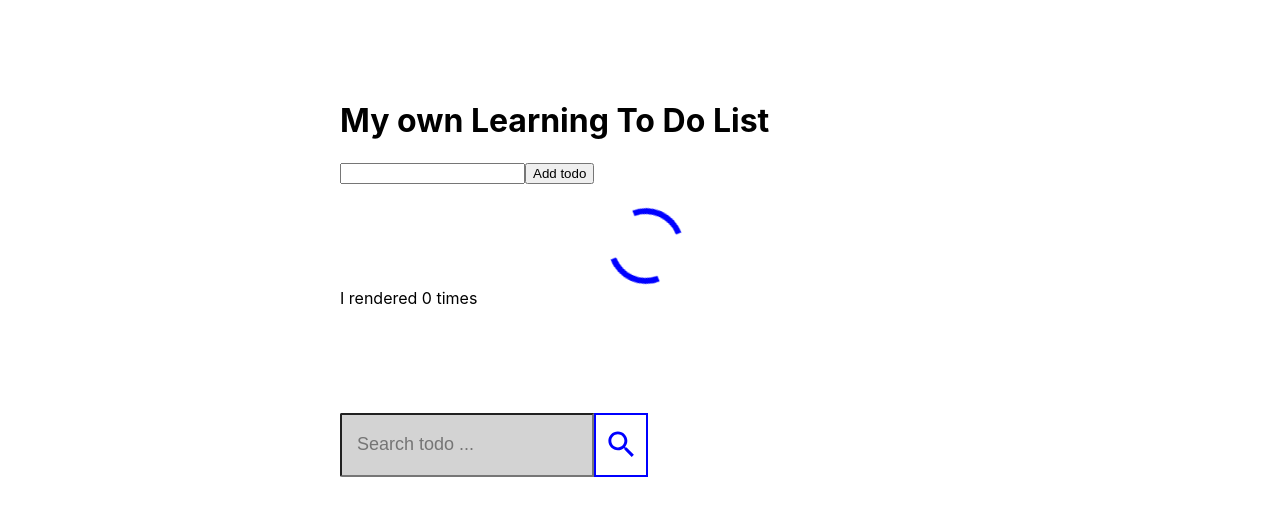
Repository: ArusyakAghajanyan/To-Do
Page: /
The author's editor kept a copy of each file at every save. The page is drawn from the files as they stood at one save, then again after the next save.
The browser window is 1280 px wide. The pictures show the whole page.
The page's requests for data from a server got no answer. The project was rebuilt for these pictures with package versions that can differ from the ones it lists, and the page was loaded fresh each time. No one was signed in, and anything a server would have sent is missing. Also part of the build but not shown: src/Todo/TodoItem.js, src/Todo/TodoList.js.

Above is the page before, as saved 2022-03-11 02:15:53.

### src/index.css
body {
  margin: 0;
  font-family: -apple-system, BlinkMacSystemFont, 'Segoe UI', 'Roboto', 'Oxygen',
    'Ubuntu', 'Cantarell', 'Fira Sans', 'Droid Sans', 'Helvetica Neue',
    sans-serif;
  -webkit-font-smoothing: antialiased;
  -moz-osx-font-smoothing: grayscale;
}

code {
  font-family: source-code-pro, Menlo, Monaco, Consolas, 'Courier New',
    monospace;
}
.wrapper {
  padding-top: 5rem;
  margin: 0 auto;
  width: 600px;
}
.rm {
  background: red;
  border-radius: 50%;
  color:#fff;
  border: none;
}

.done {
  text-decoration: line-through;
}

.lds-dual-ring {
  display: inline-block;
  width: 80px;
  height: 80px;
}

.lds-dual-ring:after {
  content: " ";
  display: block;
  width: 64px;
  height: 64px;
  margin: 8px;
  border-radius: 50%;
  border: 6px solid blue;
  border-color: blue transparent blue transparent;
  animation: lds-dual-ring 1.2s linear infinite;
}
@keyframes lds-dual-ring {
  0% {
    transform: rotate(0deg);
  }
  100% {
    transform: rotate(360deg);
  }
}

### src/App.js
import React, { useEffect, useRef } from 'react'
import TodoList from './Todo/TodoList'
import Context from './context'
import Loader from './Loader'
import SearchBar from './Search/SearchBar'

const AddTodo = React.lazy(
  () =>
  new Promise(resolve => {
    setTimeout(() => {
      resolve(import('./Todo/AddTodo'))
    }, 3000)
  })
  )

function App() {
  const [todos, setTodos] = React.useState([])
    // { id: 1, completed: false, title: 'Learn HTML, CSS'},
    // { id: 2, completed: true, title: 'Learn Js'},
    // { id: 3, completed: false, title: 'Learn React'},
    // { id: 4, completed: false, title: 'Learn Java'}
  const [loading, setLoading] = React.useState(true)
  const renderCount = useRef(0)

  useEffect(() => {
    renderCount.current = renderCount.current + 1
  })


useEffect(() => {
  fetch('https://jsonplaceholder.typicode.com/todos?_limit=5')
    .then(response => response.json())
    .then(todos => {
      setTimeout(() => {
        setTodos(todos)
        setLoading(false)
      }, 2000)
    })
}, [])

  function toggleTodo(id){
    setTodos(
    todos.map(todo => {
    if (todo.id === id) {
      todo.completed = !todo.completed
    }
    return todo
    })
    )
  }

  function removeTodo(id){
   setTodos(todos.filter(todo => todo.id !== id))
  }

  function addTodo(title) {
    setTodos(todos.concat([{
      title,
      id: Date.now(),
      completed: false
    }]))
  }
  return (
    <Context.Provider value={{ removeTodo }}>
    <div className='wrapper'>
      <h1>My own Learning To Do List</h1>
      <React.Suspense fallback={<p>Loading...</p>}>

      <AddTodo onCreate={addTodo} />
      </React.Suspense>
      {loading && <Loader />}
      {todos.length ? (
      <TodoList todos={todos} onToggle={toggleTodo} />
      ) : loading ? null : (
        <p>No todos!</p>
       )}
       <div> I rendered {renderCount.current} times </div>
       <div >
      <SearchBar placeholder="Search todo ..." data={todos} />
    </div>

    </div>
    </Context.Provider>

  )
}

export default App

// className="App"

### src/Loader.js
import React from 'react'

export default () => <div style={{display: 'flex', justifyContent: 'center', margin: '.5rem' }}>
    <div className="lds-dual-ring" /></div>

### src/Search/SearchBar.js
import React, { useState } from "react";
import "./SearchBar.css";
import SearchIcon from '@mui/icons-material/Search';
import CloseIcon from '@mui/icons-material/Close';

function SearchBar({ placeholder, data }) {
  const [filteredData, setFilteredData] = useState([]);
  const [wordEntered, setWordEntered] = useState("");

  const handleFilter = (event) => {
    const searchWord = event.target.value;
    setWordEntered(searchWord);
    const newFilter = data.filter((value) => {
      return value.title.toLowerCase().includes(searchWord.toLowerCase());
    });

    if (searchWord === "") {
      setFilteredData([]);
    } else {
      setFilteredData(newFilter);
    }
  };

  const clearInput = () => {
    setFilteredData([]);
    setWordEntered("");
  };

  return (
    <div className="search">
      <div className="searchInputs">
        <input
          type="text"
          placeholder={placeholder}
          value={wordEntered}
          onChange={handleFilter}

        />
        <div className="searchIcon">
          {filteredData.length === 0 ? (
            <SearchIcon />
          ) : (
            <CloseIcon id="clearBtn" onClick={clearInput} />
          )}
        </div>
      </div>
      {filteredData.length != 0 && (
        <div className="dataResult">
          {filteredData.slice(0, 15).map((value, key) => {
            return (
              <a className="dataItem" href={value.link} target="_blank">
                <p>{value.title} </p>
              </a>
            );
          })}
        </div>
      )}
    </div>
  );

}

export default SearchBar;

### src/Todo/AddTodo.js
import React, { useState } from "react";
import PropTypes from "prop-types";

function useInputValue(defaultValue = " ") {
  const [value, setValue] = useState(defaultValue);
  return {
    bind: {
      value,
      onChange: (event) => setValue(event.target.value),
    },
    clear: () => setValue(""),
    value: () => value,
  };
}

function AddTodo({ onCreate }) {
  const input = useInputValue(" ");

  function submitHandler(event) {
    event.preventDefault();

    if (input.value().trim()) {
      onCreate(input.value());
      input.clear();
    }
  }

  return (
    <form style={{ marginBottom: "1rem" }} onSubmit={submitHandler}>
      <input {...input.bind} />
      <button type="submit">Add todo</button>
    </form>
  );
}

AddTodo.propTypes = {
  onCreate: PropTypes.func.isRequired,
};

export default AddTodo;

### src/Search/SearchBar.css
.searchInputs {
    margin-top: 105px;
    display: flex;
  }

  .search input{
    background-color: lightgray;
    /* border: 2px solid gray; */
    border-radius: 2px;
    border-top-right-radius: 0px;
    border-bottom-right-radius: 0px;
    font-size: 18px;
    padding: 15px;
    height: 30px;
    width: 220px;
  }

  .searchIcon {
    border: 2px solid blue;
    height: 60px;
    width: 50px;
    background-color: white;
    display: grid;
    place-items: center;
    color: blue;
  }

  input:focus {
    outline: none;
  }
  .searchIcon svg {
    font-size: 35px;
  }

  .dataResult {
    margin-top: 0px;
    width: 300px;
    height: 200px;
    background-color: lightgray;
    box-shadow: rgba(0, 0, 0, 0.35) 0px 5px 15px;
    overflow: hidden;
    overflow-y: auto;
  }

  .dataResult::-webkit-scrollbar {
    display: none;
  }

  .dataResult .dataItem {
    width: 100%;
    height: 50px;
    display: flex;
    align-items: center;
    color: black;
  }

  .dataItem p {
    margin-left: 10px;
  }
  a {
    text-decoration: none;
  }

  a:hover {
    background-color: lightgrey;
  }

  #clearBtn {
    cursor: pointer;
  }

Loaded but not shown: public/index.html (common file); src/index.js (common file); src/reportWebVitals.js (common file); src/context.js (common file)

After the next save:
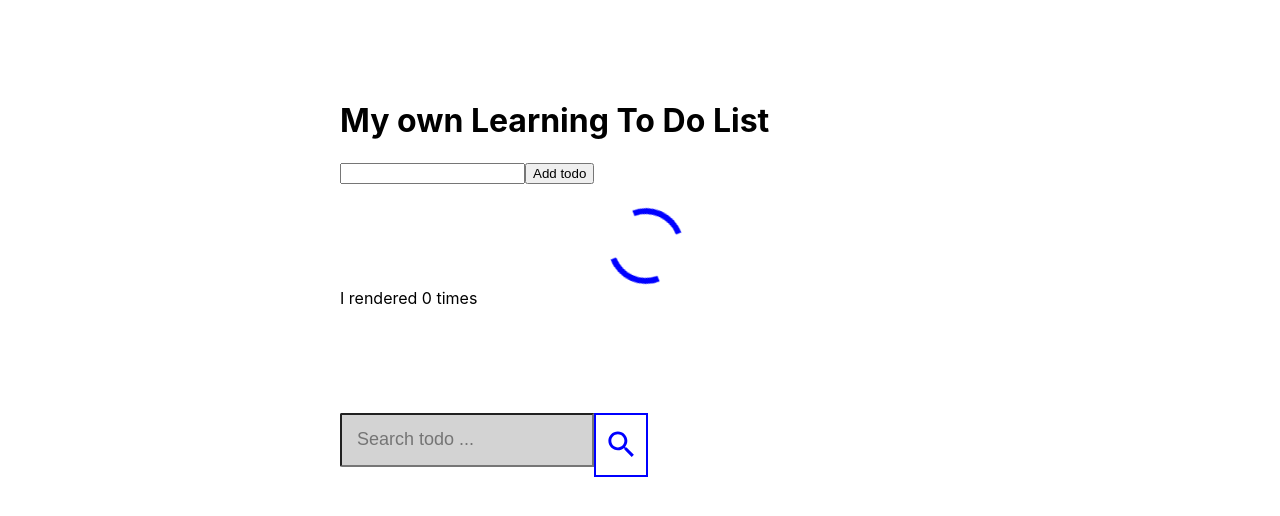
Saved 7 s later.
--- a/src/Search/SearchBar.css
+++ b/src/Search/SearchBar.css
@@ -11,7 +11,7 @@
     border-bottom-right-radius: 0px;
     font-size: 18px;
     padding: 15px;
-    height: 30px;
+    height: 20px;
     width: 220px;
   }
 
